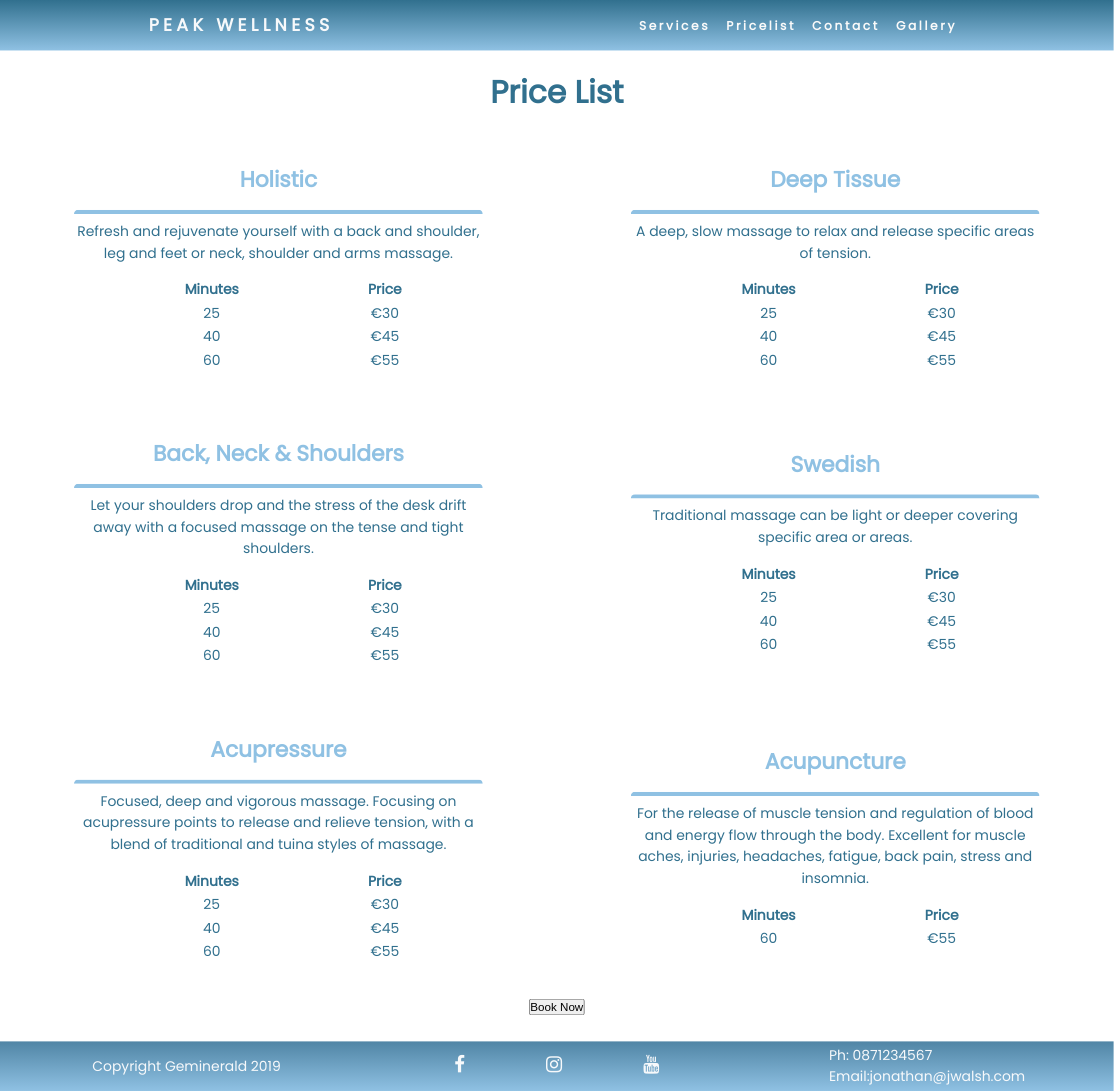
Repository: geminerald/peakwellness
Page: prices.html
The author's editor kept a record of every edit. The page is drawn from the files as they stood at one moment, then again after the next edit.
The browser window is 1280 px wide. The pictures show the whole page, at 87% of full size.

Above is the page before.

### prices.html
<!DOCTYPE html>
<html lang="en">

<head>
    <meta charset="UTF-8">
    <meta name="viewport" content="width=device-width, initial-scale=1.0, maximum-scale=1.0, user-scalable=0">
    <meta http-equiv="X-UA-Compatible" content="ie=edge">
    <link rel="stylesheet" href="assets/style.css" type="text/css" />
    <link href="https://fonts.googleapis.com/css?family=Poppins&display=swap" rel="stylesheet">
    <title>Peak Wellness</title>
    <link rel="icon" href="./images/peak-icon.png">
    <link rel="stylesheet" href="https://stackpath.bootstrapcdn.com/font-awesome/4.7.0/css/font-awesome.min.css" type="text/css" />
</head>

<body>
    <nav>
        <div class="logo">
            <a href="index.html">
                <h4>Peak Wellness</h4>
            </a>
        </div>
        <ul class="nav-links">
            <li>
                <a href="services.html">Services</a>
            </li>
            <li>
                <a href="prices.html">Pricelist</a>
            </li>
            <li>
                <a href="contact.html">Contact</a>
            </li>
            <li>
                <a href="gallery.html">Gallery</a>
            </li>

        </ul>
        <div class="burger">
            <div class="line1"></div>
            <div class="line2"></div>
            <div class="line3"></div>
        </div>
    </nav>
    <section>

        <div class="price-container">
            <h1>Price List</h1>
            <div class="price-option">
                <h3>Holistic</h3>
                <p>Refresh and rejuvenate yourself with a back and shoulder, leg and feet or neck, shoulder and arms massage.</p>
                <table>
                    <tr>
                        <th>Minutes</th>
                        <th>Price</th>
                    </tr>
                    <tr>
                        <td>25</td>
                        <td>€30</td>
                    </tr>
                    <tr>
                        <td>40</td>
                        <td>€45</td>
                    </tr>
                    <tr>
                        <td>60</td>
                        <td>€55</td>
                    </tr>
                </table>
                <a href="contact.html" class="price-button show-mobile">Book Now</a>
            </div>
            <div class="price-option">
                <h3>Deep Tissue</h3>
                <p>A deep, slow massage to relax and release specific areas of tension.</p>
                <table>
                    <tr>
                        <th>Minutes</th>
                        <th>Price</th>
                    </tr>
                    <tr>
                        <td>25</td>
                        <td>€30</td>
                    </tr>
                    <tr>
                        <td>40</td>
                        <td>€45</td>
                    </tr>
                    <tr>
                        <td>60</td>
                        <td>€55</td>
                    </tr>
                </table><a href="contact.html"><button class="price-button show-mobile">Book Now</button></a>
            </div>
            <div class="price-option">
                <h3>Back, Neck & Shoulders</h3>
                <p>Let your shoulders drop and the stress of the desk drift away with a focused massage on the tense and tight shoulders.</p>
                <table>
                    <tr>
                        <th>Minutes</th>
                        <th>Price</th>
                    </tr>
                    <tr>
                        <td>25</td>
                        <td>€30</td>
                    </tr>
                    <tr>
                        <td>40</td>
                        <td>€45</td>
                    </tr>
                    <tr>
                        <td>60</td>
                        <td>€55</td>
                    </tr>
                </table><a href="contact.html"><button class="price-button show-mobile">Book Now</button></a>
            </div>
            <div class="price-option">
                <h3>Swedish</h3>
                <p>Traditional massage can be light or deeper covering specific area or areas.</p>
                <table>
                    <tr>
                        <th>Minutes</th>
                        <th>Price</th>
                    </tr>
                    <tr>
                        <td>25</td>
                        <td>€30</td>
                    </tr>
                    <tr>
                        <td>40</td>
                        <td>€45</td>
                    </tr>
                    <tr>
                        <td>60</td>
                        <td>€55</td>
                    </tr>
                </table><a href="contact.html"><button class="price-button show-mobile">Book Now</button></a>
            </div>
            <div class="price-option">
                <h3>Acupressure</h3>
                <p>Focused, deep and vigorous massage. Focusing on acupressure points to release and relieve tension, with a blend of traditional and tuina styles of massage.</p>
                <table>
                    <tr>
                        <th>Minutes</th>
                        <th>Price</th>
                    </tr>
                    <tr>
                        <td>25</td>
                        <td>€30</td>
                    </tr>
                    <tr>
                        <td>40</td>
                        <td>€45</td>
                    </tr>
                    <tr>
                        <td>60</td>
                        <td>€55</td>
                    </tr>
                </table><a href="contact.html"><button class="price-button show-mobile">Book Now</button></a>
            </div>
            <div class="price-option">
                <h3>Acupuncture</h3>
                <p>For the release of muscle tension and regulation of blood and energy flow through the body. Excellent for muscle aches, injuries, headaches, fatigue, back pain, stress and insomnia.</p>
                <table>
                    <tr>
                        <th>Minutes</th>
                        <th>Price</th>
                    </tr>

                    <tr>
                        <td>60</td>
                        <td>€55</td>
                    </tr>
                </table><a href="contact.html"><button class="price-button show-mobile">Book Now</button></a>
            </div>
        </div>
        <a href="contact.html"><button class="hidden-mobile" style="margin:auto;margin-bottom:30px;">Book Now</button></a>

    </section>
    <footer>
        <div class="f-item">
            <a class="show-mobile" target="_blank" href="https://github.com/geminerald"><i class="fa fa-copyright"></i> </a>
            <p class="hidden-mobile">Copyright <a target="_blank" href="https://github.com/geminerald"> Geminerald </a> 2019</p>
        </div>
        <div class="f-item">
            <ul class="social-links">
                <li><a target="_blank" href="https://www.facebook.com/PeakWellnessstudio/"><i class="fa fa-facebook"></i></a></li>
                <li><a target="_blank" href="https://www.instagram.com/thepeakwellnessstudio/"><i class="fa fa-instagram"></i></a></li>
                <li><a target="_blank" href="https://www.youtube.com/channel/UC_d9R5XdeesvneUyRDroG0w?"><i class="fa fa-youtube"></i></a></li>
            </ul>
        </div>
        <div class="f-item">
            <a class="show-mobile" href="contact.html"><i class="fa fa-phone"></i></a>
            <p class="hidden-mobile">Ph: 0871234567<br>Email:jonathan@jwalsh.com</p>
        </div>
    </footer>
    <script src="./assets/nav.js"></script>
</body>

</html>

### assets/style.css
/*
CONTENTS:

Colours || Universals  || Nav  || Home   ||  Services  || Prices  ||  Contact  || Gallery  ||  Footer  || Keyframes  ||


*/

/*----------------------------------------------------------------Colours

Grey/Green: #687864
Dark Blue: #31708e
Medium Blue: #5085a5
Light Blue: #8fc1e3
White: #f7f9fb

Colours from: https://visme.co/blog/website-color-schemes/

----------------------------------------------------------------Colours*/

/*----------------------------------------------------------------Universals*/

* {
    margin: 0;
    padding: 0;
    box-sizing: border-box;
}

body {
    font-family: 'Poppins', sans-serif;
    color: #f7f9fb;
}

a {
    text-decoration: none;
    color: #f7f9fb;
    cursor: pointer;
}


h1 {
    margin: 20px;
    font-size: 5vh;
    width: 100%;
    text-align: center;
}

/*
button {
    color: #f7f9fb;
    background: radial-gradient(#31708e 0%, #8FC1E3 100%);
    margin: 10px 0px 10px 0px;
    height: 50px;
    width: 200px;
    border-radius: 10px;
    box-shadow: 0 4px 8px 0 rgba(0, 0, 0, 0.4);
    transition: 0.3s ease-in;
    font-size: 3vh;
    cursor: pointer;
    padding: 10px;
    border: 2px solid #8fc1e3;
}

button:hover {
    box-shadow: 0 6px 14px 0 rgba(0, 0, 0, 0.6);
    color: #5085a5;
    background: radial-gradient(#f7f9fb 0%, #8fc1e3 100%);
}
*/
/*

service a {
    color: #f7f9fb;
    background: radial-gradient(#31708e 0%, #8FC1E3 100%);
    margin: 10px 0px 10px 0px;
    height: 50px;
    width: 200px;
    border-radius: 10px;
    box-shadow: 0 4px 8px 0 rgba(0, 0, 0, 0.4);
    transition: 0.3s ease-in;
    font-size: 3vh;
    cursor: pointer;
    padding: 10px;
    border: 2px solid #8fc1e3;
}

service a:hover {
    box-shadow: 0 6px 14px 0 rgba(0, 0, 0, 0.6);
    color: #5085a5;
    background: radial-gradient(#f7f9fb 0%, #8fc1e3 100%);
}

*/
/*----------------------------------------------------------------Universals*/


/*----------------------------------------------------------------Nav*/

/*Nav Elements: Dev Ed:

https://www.youtube.com/watch?v=gXkqy0b4M5g

*/

nav {
    display: flex;
    justify-content: space-around;
    align-items: center;
    min-height: 8vh;
    background: linear-gradient(180deg, #31708E 0%, #8FC1E3 100%);

}

.logo {
    color: #fafafa;
    text-transform: uppercase;
    letter-spacing: 5px;
    font-size: 20px;

}

.nav-links {
    display: flex;
    width: 30%;
    justify-content: space-around;

}

.nav-links li {
    list-style: none;
}

.nav-links a {
    color: #fafafa;
    text-decoration: none;
    letter-spacing: 3px;
    font-weight: bold;
    font-size: 14px;

}

.burger {
    display: none;
    cursor: pointer;
}

.burger div {
    width: 25px;
    height: 3px;
    background-color: #fafafa;
    margin: 5px;
    transition: all 0.3s ease;

}

@media screen and (max-width:1068px) {
    .nav-links {
        width: 50%;
    }
}

@media screen and (max-width:768px) {
    body {
        overflow-x: hidden;
    }

    .nav-links {
        position: absolute;
        ;
        right: 0px;
        height: 92vh;
        top: 8vh;
        background: linear-gradient(270deg, #31708E 0%, #8FC1E3 100%);
        display: flex;
        flex-direction: column;
        align-items: center;
        width: 70%;
        transform: translateX(100%);
        transition: transform 0.5s ease-in;
        z-index: 1;
    }
    .nav-links li {
        opacity: 0;
    }
    .burger {
        display: block;
    }
}

.nav-active {
    transform: translateX(0%);
}

@keyframes navLinkFade {
    from {
        opacity: 0;
        transform: translateX(50px);
    }
    to {
        opacity: 1;
        transform: translateX(0px);
    }
}

.toggle .line1 {
    transform: rotate(-45deg) translate(-5px, 6px);
}

.toggle .line2 {
    opacity: 0;
}

.toggle .line3 {
    transform: rotate(45deg) translate(-5px, -6px);
}

/*----------------------------------------------------------------Nav*/

/*----------------------------------------------------------------Home*/

.home-container {
    background-image: url("../images/home-bg.jpg");
    background-repeat: no-repeat;
    background-position: center;
    background-size: cover;
    z-index: 0;
    margin: auto;
    height: 90vh;
    width: 100%;
    display: flex;
    justify-content: space-around;
    align-items: center;
    flex-flow: column;
}

.appear1 {
    animation: appear 1s ease-in;
}

.appear2 {
    opacity: 0;
    animation: appear 4s ease-in;
    animation-delay: 2s;
    animation-fill-mode: forwards;
    padding: 10px;
    border: 2px solid #f7f9fb;
    background-color: #5085a5;
    border-radius: 10px;
    transition: 0.5s ease-in;
}

.appear2:hover {
    color: #5085a5;
    background-color: #f7f9fb;
}

/*----------------------------------------------------------------Home*/

/*----------------------------------------------------------------Services*/

.about {
    display: flex;
    flex-direction: column;
    align-items: center;
    color: #31708e;
    margin: 10px 0px 30px 0px;
}


.about p {
    margin: 20px 30px 0px 30px;
    text-align: center;
}

.services {
    display: flex;
    flex-flow: row wrap;
    align-items: center;
    color: #31708e;
    background-color: #f7f9fb;
    justify-content: center;
}

.service-container {
    margin-bottom: 15px;
}

.service {
    display: flex;
    align-items: center;
    justify-content: center;
    flex-flow: column wrap;
    margin: 0px 15px 20px 15px;
    min-height: 450px;
    min-width: 350px;

}

.service p {
    max-width: 350px;
    text-align: center;
    margin-top: 10px;
}

.image-cropper {
    border: 5px solid #8fc1e3;
    width: 250px;
    height: 250px;
    position: relative;
    overflow: hidden;
    border-radius: 50%;
    box-shadow: 0 2px 4px 0 rgba(0, 0, 0, 0.2);
    transition: 0.3s ease-in;

}

.image-cropper:hover {
    box-shadow: 0 3px 6px 0 rgba(0, 0, 0, 0.4);
}

.image-cropper img {
    display: inline;
    margin: 0 auto;
    height: 100%;
    width: auto;
}


/*----------------------------------------------------------------Services*/

/*----------------------------------------------------------------Prices*/

.price-container {
    color: #31708e;
    display: flex;
    flex-flow: row wrap;

}



.price-option {
    display: flex;
    flex-flow: row wrap;
    justify-content: space-around;
    align-items: center;
    width: 80%;
    padding-bottom: 40px;
    margin: auto;
    max-width: 500px;
}

.price-option h3 {
    margin-top: 35px;
    font-size: 25px;
    color: #8fc1e3;
}

.price-option p {
    margin: 15px;
    border-top: 5px solid #8fc1e3;
    border-radius: 5px;
    padding-top: 7px;
    text-align: center;
}

table {
    width: 80%;
    margin: auto;

}



td {
    text-align: center;
}

.price-button {
    font-size: 15px;
    height: 40px;
    width: 100px;
    margin-top: 30px;

}

/*----------------------------------------------------------------Prices*/

/*----------------------------------------------------------------Contact*/

.contact-container {
    display: flex;
    flex-direction: column;
    color: #5085a5;
    background-color: #f7f9fb;

}

h5 {
    text-align: center;
    width: 100%;
    letter-spacing: 1px;
    font-size: 2.5vh;
}

.contacts {
    display: flex;
    flex-flow: row wrap;
    justify-content: space-evenly;
    margin: 5vh 0vh 5vh 0vh;
}

.contact {
    margin-top: 5vh;
    display: flex;
    flex-direction: column;
    text-align: center;
}

.contact i {
    font-size: 5vh;
}

.contact a {
    color: #5085a5;
    transition: 0.5s ease-in-out;
    border-radius: 30px;
    padding-top: 5px;
}

.contact a:hover {
    color: #f7f9fb;
    background-color: #5085a5;
}

form {
    margin: auto;
    margin-top: 30px;
    margin-bottom: 30px;
    display: flex;
    flex-flow: column wrap;
    width: 80%;
    justify-content: space-evenly;

}

input,
textarea {
    border-radius: 5px;
    border: 3px solid #8fc1e3;
    margin: 10px auto;
    min-width: 50%;
    max-width: 80%;

}

textarea {
    min-height: 25vh;
    margin: auto;
}

#form-button {
    margin: 15px auto;
}

/*----------------------------------------------------------------Contact*/

/*----------------------------------------------------------------Gallery*/

.gallery-class {
    display: flex;
    align-items: center;
    flex-direction: column;
    width: 85%;
    margin: auto;
}

#videos {
    display: flex;
    align-items: center;
    flex-direction: column;
}

iframe {
    width: 100%;
    min-height: 720px;
    margin: 40px 0px;
}

#images {
    display: flex;
    flex-flow: row wrap;
    justify-content: space-evenly;
}

.image {
    box-shadow: 0 4px 8px 0 rgba(0, 0, 0, 0.4);
    transition: 0.3s ease-in;
    margin: 30px;
    border: 10px solid #f7f9fb;
    border-radius: 10px;
}

.image:hover {
    box-shadow: 0 6px 14px 0 rgba(0, 0, 0, 0.6);
}



/*----------------------------------------------------------------Gallery*/

/*----------------------------------------------------------------Footer*/

footer {
    height: 8vh;
    width: 100%;
    background: linear-gradient(180deg, #5085A5 0%, #8FC1E3 100%);
    display: flex;
    flex-direction: row;
    justify-content: space-evenly;
}

.f-item {
    display: flex;
    align-items: center;
    justify-content: space-evenly;
    flex-direction: row;
    width: 33%;
}

.social-links {
    display: flex;
    justify-content: space-evenly;
    list-style: none;
    width: 100%;
}

.social-links li a i,
.f-item a i {
    font-size: 3vh;
}


.hidden-mobile {
    display: block;
}

.show-mobile {
    display: none;
}

@media screen and (max-width:768px) {
    .hidden-mobile {
        display: none;
    }
    .show-mobile {
        display: block;
    }
}

/*----------------------------------------------------------------Footer*/

/*----------------------------------------------------------------KeyFrames*/

@keyframes appear {
    from {
        opacity: 0
    }
    to {
        opacity: 1
    }

}

/*----------------------------------------------------------------KeyFrames*/

.overlay {
    background-color: rgba((0, 0, 0, 0.5);

}

### assets/nav.js
const navSlide = () => {
    const burger = document.querySelector('.burger');
    const nav = document.querySelector('.nav-links');
    const navLinks = document.querySelectorAll('.nav-links li');

    burger.addEventListener('click', () => {
        nav.classList.toggle('nav-active');
        navLinks.forEach((link, index) => {
            if (link.style.animation) {
                link.style.animation = '';
            } else {
                link.style.animation = `navLinkFade 0.5s ease forwards ${index/7 + 1}s`;
            }
        });
        burger.classList.toggle('toggle');
    });
}

navSlide();

After the next edit:
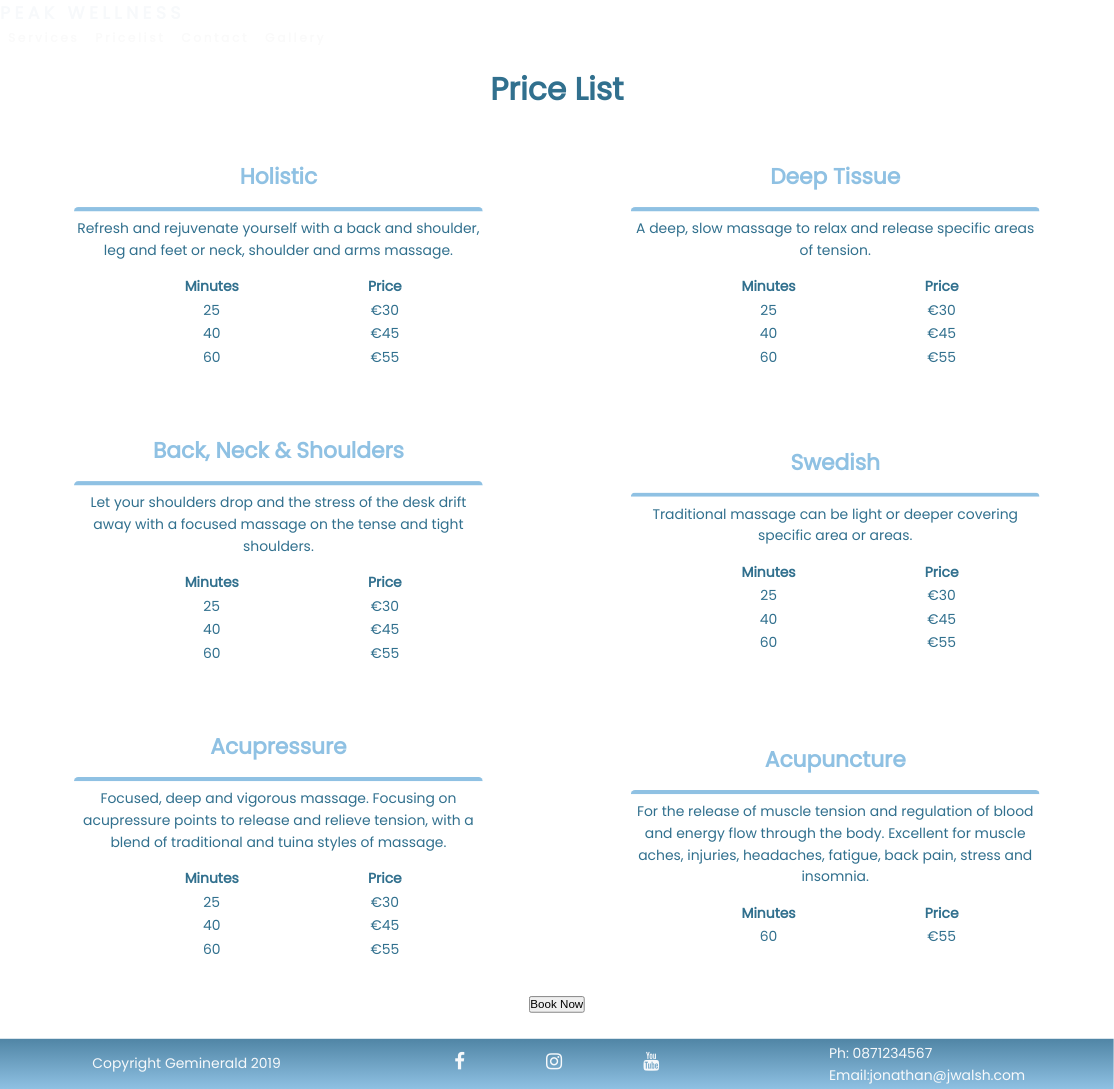
The edit:
--- a/assets/style.css
+++ b/assets/style.css
@@ -45,8 +45,8 @@
     text-align: center;
 }
 
-/*
-button {
+
+.button {
     color: #f7f9fb;
     background: radial-gradient(#31708e 0%, #8FC1E3 100%);
     margin: 10px 0px 10px 0px;

After the edit that followed:
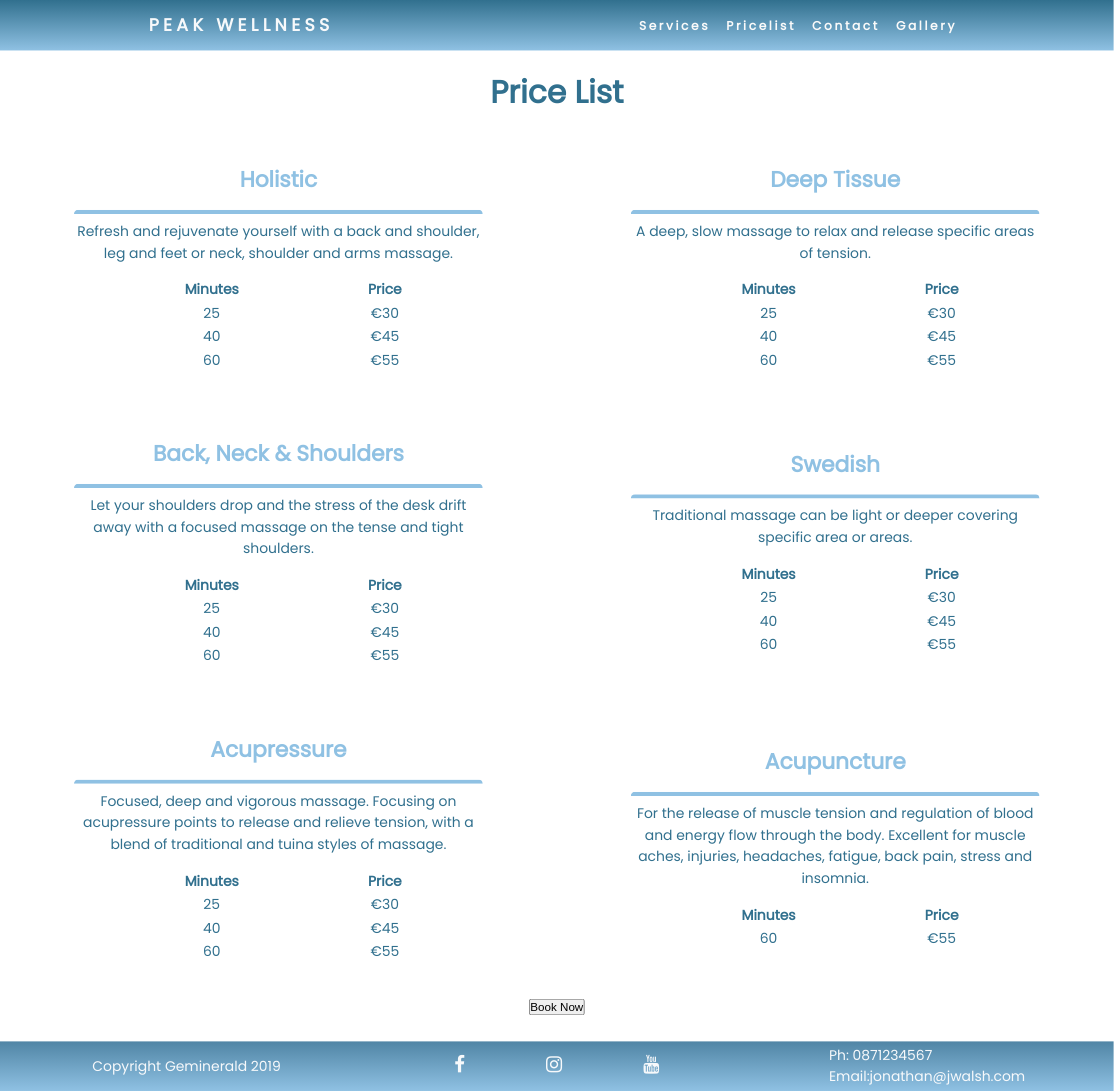
The edit:
--- a/assets/style.css
+++ b/assets/style.css
@@ -66,7 +66,7 @@
     color: #5085a5;
     background: radial-gradient(#f7f9fb 0%, #8fc1e3 100%);
 }
-*/
+
 /*
 
 service a {
